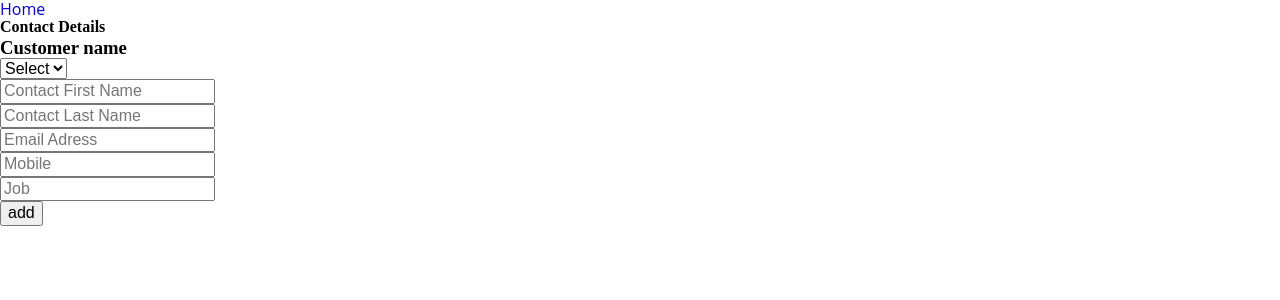
Repository: karthik-H/vms
Page: http://localhost/vms/contact-add.jsp
An editor plug-in stored every save of this project. The page is shown before and after the next save, followed by the edit.
The browser window is 1280 px wide. The pictures show the whole page.
The page is served by Tomcat 9. Queries for data that is not in the repository find no rows.

Above is the page before, as saved 2019-01-26 11:51:48.

After the next save:
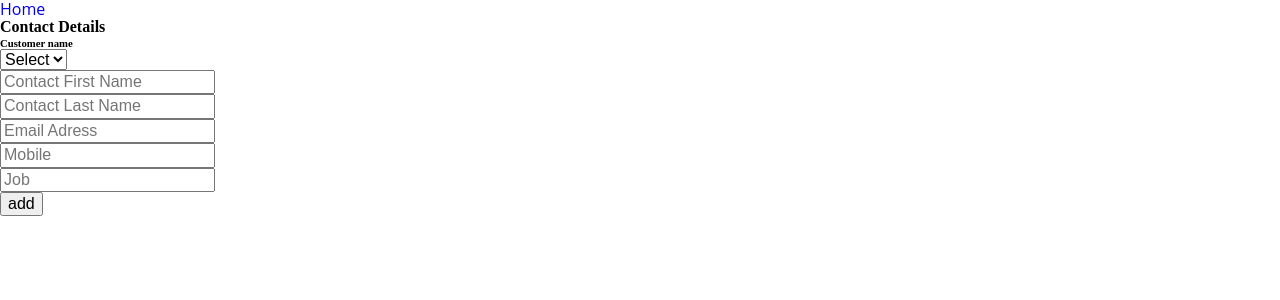
Saved 24 s later.
--- a/Vehicle/vms/src/main/webapp/contact-add.jsp
+++ b/Vehicle/vms/src/main/webapp/contact-add.jsp
@@ -18,7 +18,7 @@
     <div class="row">
       <h4>Contact Details</h4>
  <div class="input-group input-group-icon">
- 		<h3>Customer name</h3>
+ 		<h6>Customer name</h6>
 	   <select name="customerId"><%=mybean1.populateCustomer() %></select>
       </div>
       <div class="input-group input-group-icon">
